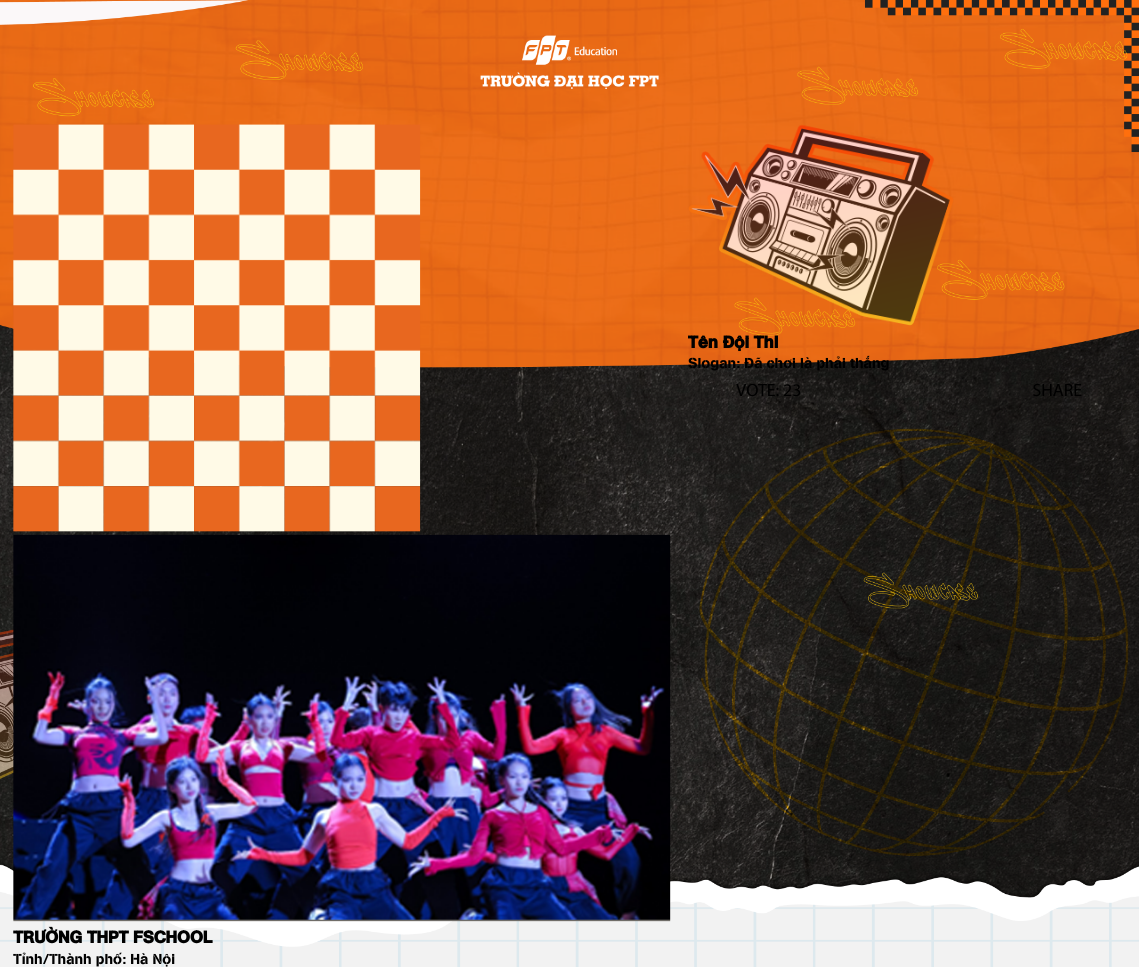
Repository: dinhtri123/hola_fpt
Page: detail.html
These files come from the project's save history. The page is drawn as it stood at one moment and after the next save; the edit follows.
The browser window is 1280 px wide. The pictures show the whole page, at 89% of full size.

Above is the page before, as saved 2025-01-04 22:41:10.

### detail.html
<!DOCTYPE html>
<html lang="en">

<head>
  <meta charset="UTF-8">
  <meta name="viewport" content="width=device-width, initial-scale=1.0">
  <title>Detail</title>
  <link rel="stylesheet" href="styles.css">
</head>

<body>
  <section class="detail">
    <img src="./images/detail-bg.png" class="detail-bg" alt="">
    <div class="container">
      <a href="#" class="detail-logo">
        <img src="./images/logo.png" alt="">
      </a>
      <div class="detail-top">
        <div class="detail-top-left">
          <img src="./images/detail-img1.png" class="detail-top-left-bg" alt="">
          <img src="./images/detail-img.png" class="detail-top-left-img" alt="">
          <span>
            <h3>TRƯỜNG THPT FSCHOOL</h3>
            <P>Tỉnh/Thành phố: Hà Nội</P>
          </span>
        </div>
        <div class="detail-top-right">
          <img src="./images/detail-img2.png" alt="">
          <h3>Tên Đội Thi</h3>
          <p>Slogan: Đã chơi là phải thắng</p>
          <div class="news-item-action">
            <div class="vote">
              <i class="fa-regular fa-heart"></i>
              <span>VOTE: 23</span>
            </div>
            <div class="share">
              <i class="fa-regular fa-paper-plane"></i>
              SHARE
            </div>
          </div>
        </div>
      </div>
    </div>
  </section>
</body>

</html>

### styles.css
@font-face {
  font-family: "Myriad Pro";
  src: url("./fonts/MYRIADPRO-REGULAR.ttf") format("truetype");
}
@font-face {
  font-family: "SFUAGBuchStencilBQMedium";
  src: url("./fonts/SFUAGBuchStencilBQMedium.ttf") format("truetype");
  font-weight: normal;
  font-style: normal;
}
:root {
  --font-primary: "SFUAGBuchStencilBQMedium", sans-serif;
  --font-secondary: "Myriad Pro", sans-serif;
  --cl-white: #fff;
}
* {
  box-sizing: border-box;
  padding: 0;
  margin: 0;
}
body {
  font-family: var(--font-primary);
  font-size: 16px;
  font-weight: 400;
}
.container {
  max-width: 1630px;
  padding-left: 15px;
  padding-right: 15px;
  margin: 0px auto;
}
.sm {
  display: none !important;
}
.md {
  display: flex !important;
}
img {
  max-width: 100%;
  height: auto;
  object-fit: cover;
}
.intro > div {
  position: relative;
}
.intro-top {
  z-index: 1;
}
.intro-bg {
  position: absolute;
  width: 100%;
  height: 100%;
  top: 0;
  left: 0;
  z-index: -1;
  object-position: bottom;
}
.intro-inner {
  padding-top: 50px;
  text-align: center;
  z-index: 1;
}
.intro-logo {
  max-width: 280px;
}
.intro-title {
  margin-top: 30px;
}
.intro-title-small {
  margin-top: -60px;
  z-index: -1;
  position: relative;
}
.intro-btn {
  background: linear-gradient(to right, #e24103, #e66715);
  border-radius: 50px;
  border: 2px solid var(--cl-white);
  font-size: 54px;
  padding: 10px 100px 15px;
  color: var(--cl-white);
  text-transform: uppercase;
  font-family: var(--font-primary);
  line-height: 1;
  width: max-content;
  min-height: 80px;
  transform: translateY(30px);
}
.intro-bottom {
  padding-top: 180px;
  margin-top: -80px;
  text-align: center;
  padding-bottom: 100px;
}
.intro-bottom-desc {
  position: relative;
  padding: 220px 120px;
}
.intro-bottom-desc img {
  position: absolute;
  top: 0;
  left: 0;
  width: 100%;
  height: 100%;
  z-index: -1;
  object-fit: contain;
}
.intro-bottom-desc p {
  padding: 100px 50px;
  background: rgba(0, 0, 0, 0.5);
  color: var(--cl-white);
  font-family: var(--font-secondary);
  font-size: 30px;
  line-height: 1.4;
}
.intro-bottom .intro-btn {
  margin-top: -50px;
  transform: translateY(-40px);
}
/* reward */
.reward {
  position: relative;
}
.reward-bg {
  position: absolute;
  top: 0;
  left: 0;
  width: 100%;
  height: 100%;
}
.reward-inner {
  padding: 100px 0px;
  position: relative;
}
.time {
  position: relative;
  padding: 100px 0px 40px;
}
.time-bg {
  position: absolute;
  top: 0;
  left: 0;
  width: 100%;
  height: 100%;
  z-index: -1;
  object-position: bottom;
}
.time h2 {
  text-align: center;
  margin-top: 80px;
  margin-bottom: 50px;
}
.time-search {
  max-width: 80%;
  width: 100%;
  position: relative;
  min-height: 70px;
  padding: 10px;
  display: flex;
  align-items: center;
  border: 2px solid #f15a24;
  border-radius: 50px;
  margin: 0px auto;
}
.time-search input {
  flex: 1;
  width: 100%;
  height: 100%;
  background: transparent;
  border: none;
  outline: none;
  min-height: inherit;
  padding: 5px 20px;
  font-family: var(--font-secondary);
  font-size: 30px;
  color: var(--cl-white);
}
.time-search input::placeholder {
  color: var(--cl-white);
}
.time-search span {
  display: flex;
  width: max-content;
  height: 100%;
  background: linear-gradient(to right, transparent, #5e321a);
  align-items: center;
  min-height: inherit;
  padding: 5px 30px;
  text-transform: uppercase;
  color: var(--cl-white);
  font-size: 30px;
  border-radius: 50px;
  cursor: pointer;
}
.footer {
  margin-top: 100px;
}
.footer-top {
  display: flex;
  justify-content: space-between;
  align-items: flex-end;
  border-bottom: 1px solid var(--cl-white);
  padding: 10px 0px;
}
.footer-top p {
  font-family: var(--font-secondary);
  font-size: 24px;
  color: var(--cl-white);
}
.footer-social {
  display: flex;
  gap: 10px;
  align-items: center;
}
.footer-social a {
  width: 60px;
  height: 60px;
  border-radius: 8px;
  background-color: #f37021;
  color: var(--cl-white);
  display: flex;
  align-items: center;
  justify-content: center;
  text-decoration: none;
}
.footer-social a i {
  font-size: 24px;
}
.footer-main {
  margin-top: 50px;
  text-align: center;
  color: var(--cl-white);
  font-family: var(--font-secondary);
}
.footer-logo {
  margin-bottom: 20px;
  display: block;
}
.footer address {
  font-size: 28px;
  margin-bottom: 5px;
}
.footer-main a {
  display: block;
  text-align: center;
  color: var(--cl-white);
  text-decoration: none;
  font-size: 24px;
  margin: 0px auto 5px;
  width: fit-content;
}
.news-list {
  display: grid;
  grid-template-columns: repeat(3, 1fr);
  justify-content: space-between;
  margin-top: 100px;
  gap: 50px;
  padding-bottom: 50px;
}
.news-item {
  max-width: 460px;
}
.news-item-top {
  position: relative;
  padding: 52px;
}
.news-item-bg {
  position: absolute;
  z-index: -1;
  top: 0;
  left: 0;
  width: 100%;
}
.news-top-content {
  background-color: #4460d4;
  color: var(--cl-white);
  padding: 18px;
  width: 86%;
  transform: translateY(-4px);
}
.news-top-content h3 {
  font-size: 32px;
  text-transform: uppercase;
  font-weight: 500;
}
.news-top-content p {
  font-size: 16px;
  font-weight: 500;
}
.news-item-bottom {
  background: #000;
  margin-top: -5px;
  color: var(--cl-white);
  border-bottom-left-radius: 12px;
  border-bottom-right-radius: 10px;
}
.news-item-desc {
  position: relative;
  transform: translateY(-25px);
}
.news-item-desc::before {
  content: "";
  position: absolute;
  top: 0;
  left: 0;
  background-image: url("./images/news-img2.png");
  background-repeat: no-repeat;
  width: 100%;
  height: 100%;
  background-size: 100% 100%;
  transform: scaleX(1.03) scaleY(1.5);
}
.news-item-desc p {
  max-width: 80%;
  margin: 0px auto;
  z-index: 1;
  font-size: 12px;
  position: relative;
  padding: 5px 0px;
  transform: rotate(-4deg);
  font-weight: 600;
  font-family: var(--font-secondary);
  color: #3b382b;
}
.news-item-desc p b {
  font-family: var(--font-primary);
  text-transform: uppercase;
}
.news-item-action {
  display: flex;
  justify-content: space-between;
  align-items: center;
  max-width: 80%;
  margin: 0px auto;
  padding: 10px 0px;
  font-size: 20px;
  font-family: var(--font-secondary);
}
.news-item-action > div {
  display: flex;
  gap: 5px;
  align-items: center;
  cursor: pointer;
}
.news-item-action > div i {
  font-size: 22px;
}

/* detail */
.detail {
  position: relative;
}
.detail-bg {
  position: absolute;
  top: 0;
  left: 0;
  width: 100%;
  height: 100%;
  z-index: -1;
  object-position: top;
}
.detail-logo {
  max-width: 200px;
  margin: 0px auto 40px;
  display: flex;
  padding-top: 40px;
}
.detail-top {
  display: grid;
  grid-template-columns: 1.5fr 1fr;
  gap: 20px;
}

@media screen and (max-width: 1280px) {
  .news-list {
    grid-template-columns: repeat(2, 1fr);
  }
}
@media screen and (max-width: 1024px) {
  .intro-bottom-desc {
    padding: 100px 20px;
  }
  .intro-bottom-desc p {
    padding: 50px;
  }
  .news-top-content h3 {
    font-size: 20px;
  }
  .news-item-top {
    padding: 40px;
  }
  .news-list {
    gap: 40px;
  }
  .footer {
    margin: 0;
  }
}
@media screen and (max-width: 767px) {
  .sm {
    display: flex !important;
  }
  .md {
    display: none !important;
  }
  .intro-btn {
    padding: 10px 20px;
    min-height: auto;
    font-size: 16px;
  }
  .intro-bottom-desc p {
    padding: 20px;
    font-size: 16px;
  }
  .intro-logo {
    max-width: 120px;
    margin: 0px auto;
    display: flex;
  }
  .intro-inner .intro-bg {
    object-position: top;
    object-fit: fill;
  }
  .intro-inner {
    padding-top: 40px;
  }
  .intro-title-small {
    display: none;
  }
  .intro-inner .intro-btn {
    transform: translateY(20px);
  }
  .intro-title {
    max-width: 90%;
    margin: 30px auto 0px;
  }
  .intro-bottom {
    padding-top: 130px;
  }
  .intro-bottom > div > img:nth-child(3) {
    max-width: 80%;
  }
  .intro-bottom-desc {
    padding: 0px;
  }
  /* .intro-bottom-desc img {
    transform: scale(1.1);
  } */
  .intro-bottom .intro-btn {
    margin-top: 10px;
    transform: translateY(0px);
  }
  .time {
    padding: 40px 0px;
  }
  .time h2 {
    margin: 40px 0px 20px;
  }
  .time-search {
    max-width: 100%;
    min-height: 40px;
    padding: 5px;
  }
  .time-search input {
    font-size: 16px;
  }
  .time-search span {
    font-size: 14px;
    padding: 5px 10px;
    gap: 5px;
  }
  .time-search input {
    font-size: 16px;
    padding: 0px 10px;
  }
  .news-list {
    gap: 15px;
  }
  .news-item-top {
    padding: 5px;
  }
  .news-top-content {
    padding: 10px;
  }
  .news-top-content h3 {
    font-size: 12px;
  }
  .news-top-content p {
    font-size: 8px;
    font-weight: 500;
  }
  .news-item-desc p {
    font-size: 8px;
    max-width: 90%;
    transform: rotate(-8deg);
  }
  .news-item-desc::before {
    transform: scaleX(1.03) scaleY(1.4);
  }
  .news-item-action,
  .news-item-action > div i {
    font-size: 10px;
  }
  .news-item-bg {
    height: 100%;
  }
  .news-item-desc {
    transform: translateY(-6px) rotate(2deg);
  }
  .news-list {
    position: relative;
    padding-bottom: 80px;
    margin-top: 40px;
  }
  .news-list::before {
    content: "";
    position: absolute;
    top: 100px;
    left: -15px;
    background-image: url(./images/news-list-bg.png);
    background-repeat: no-repeat;
    background-size: cover;
    width: calc(100% + 30px);
    height: 95%;
    z-index: -1;
  }
  .footer {
    margin-top: 40px;
  }
  .footer-top p {
    font-size: 12px;
    max-width: 50%;
  }
  .footer-social a {
    width: 30px;
    height: 30px;
    border-radius: 4px;
  }
  .footer-social a i {
    font-size: 14px;
  }
  .footer-logo {
    max-width: 120px;
  }
  .footer-main h3 {
    max-width: 80%;
    margin: 0px auto;
  }
  .footer address {
    font-size: 14px;
  }
  .footer-main a {
    font-size: 14px;
  }
  .footer-main {
    margin-top: 20px;
  }
}

After the next save:
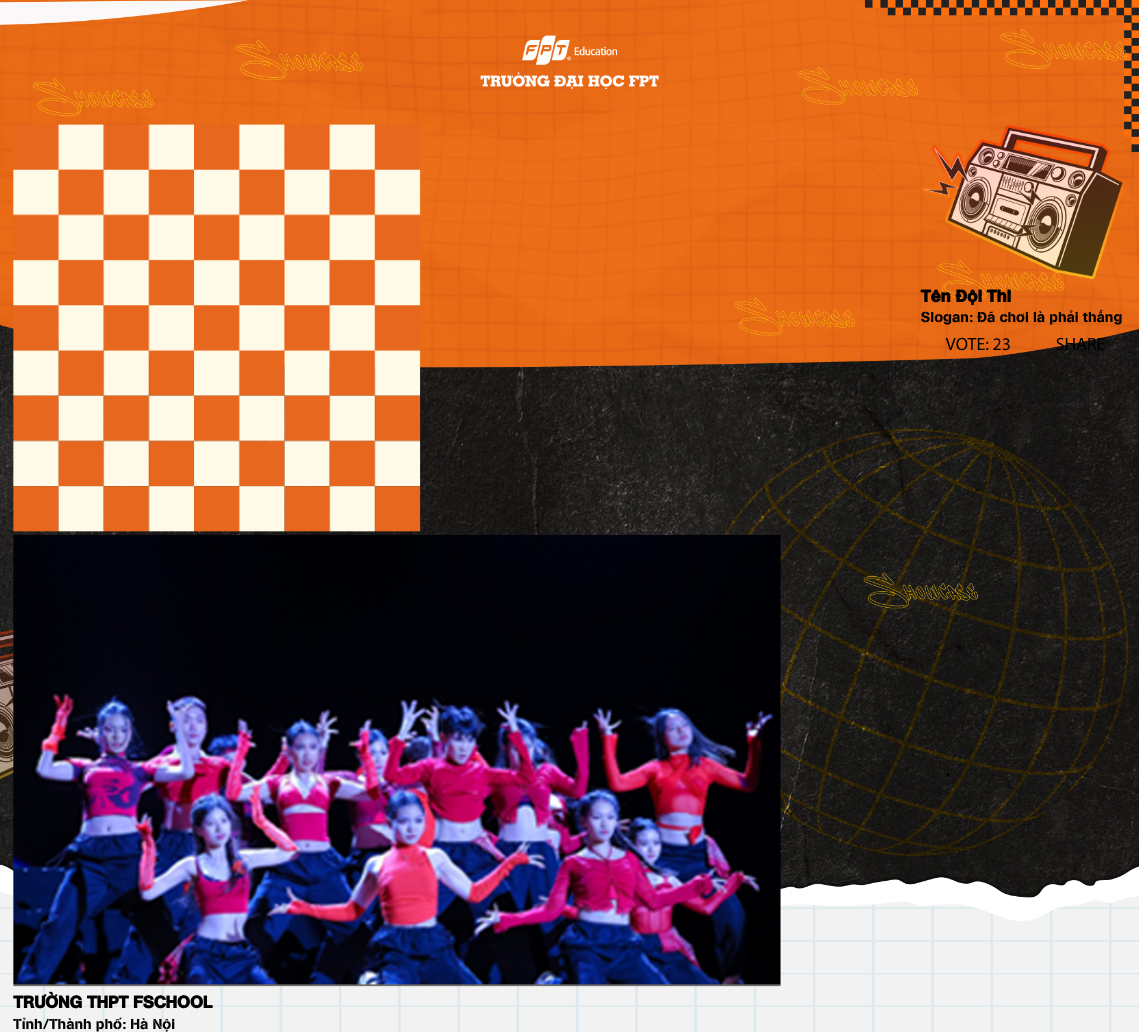
Saved 13 s later.
--- a/styles.css
+++ b/styles.css
@@ -365,9 +365,7 @@
   padding-top: 40px;
 }
 .detail-top {
-  display: grid;
-  grid-template-columns: 1.5fr 1fr;
-  gap: 20px;
+  display: flex;
 }
 
 @media screen and (max-width: 1280px) {
